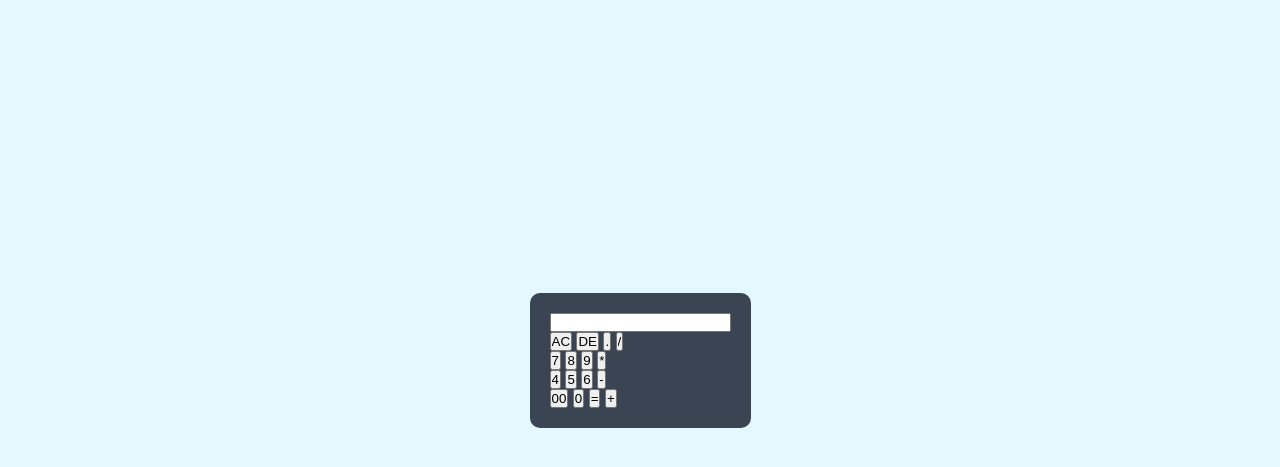
Repository: YAAMAR/calculator
Page: index.html
The author's editor kept a copy of each file at every save. The page is drawn from the files as they stood at one save, then again after a run of saves.
The browser window is 1280 px wide. The pictures show the whole page.

Above is the page before, as saved 2024-05-02 21:30:10.

### index.html
<!DOCTYPE html>
<html lang="en">
<head>
    <meta charset="UTF-8">
    <meta name="viewport" content="width=device-width, initial-scale=1.0">
    <title>Calculator using javascript-Easy Tutorials</title>
    <link rel="stylesheet" href="style.css">
</head>
<body>
    <div class="container">
        <div class="calculator">
            <form >
                <div>
                    <input type="text" name="display">

                </div>
                <div>
                    <input type="button" value="AC">
                    <input type="button" value="DE">
                    <input type="button" value=".">
                    <input type="button" value="/">
                    <div>
                        <input type="button" value="7">
                        <input type="button" value="8">
                        <input type="button" value="9">
                        <input type="button" value="*">
                    </div>
                    <div>
                        <input type="button" value="4">
                        <input type="button" value="5">
                        <input type="button" value="6">
                        <input type="button" value="-"></div>
                </div>
                <div>
                      <input type="button" value="00">
                    <input type="button" value="0">
                    <input type="button" value="=">
                    <input type="button" value="+"></div>
            </form>
        </div>

    </div>
</body>
</html>

### style.css
*{
    margin: 0;
    padding: 0;
    font-family: 'poppies',sans-serif;
    box-sizing: border-box;
}
.container{
    width: 100%;
    height: 100vh;
    background: #e3f9ff;
    display: flex;
    align-items: center;
    justify-content: center;
}
.calculator{
    background: #3a4452;
    padding: 20px;
    border-radius: 10px;
}
.calculator form input{
    bo
}

After the next 2 saves:
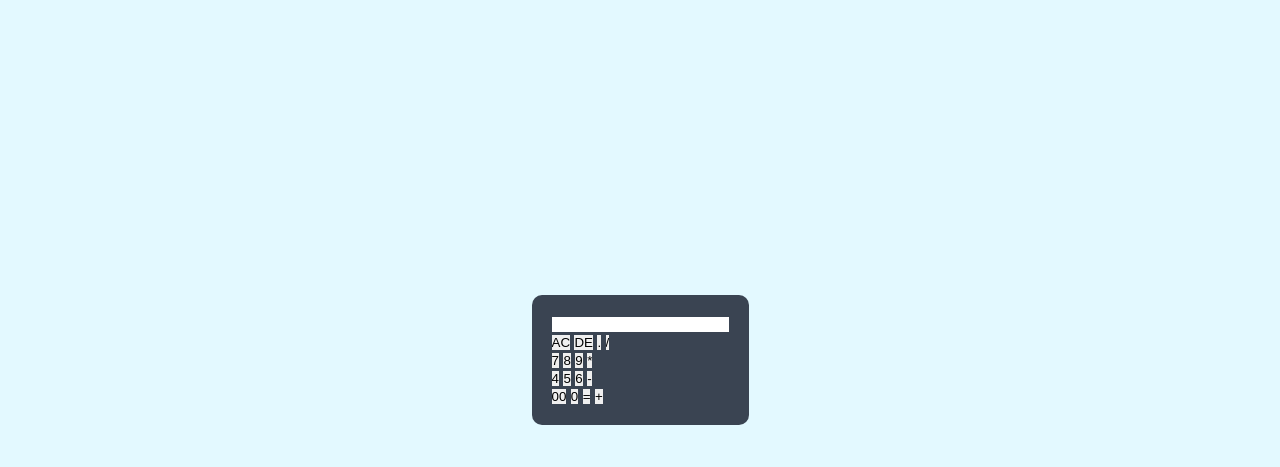
The 2 saves are shown as one change because they came seconds apart.
The last was saved 8 s later.
--- a/style.css
+++ b/style.css
@@ -18,5 +18,5 @@
     border-radius: 10px;
 }
 .calculator form input{
-    bo
+    border: 0;
 }
